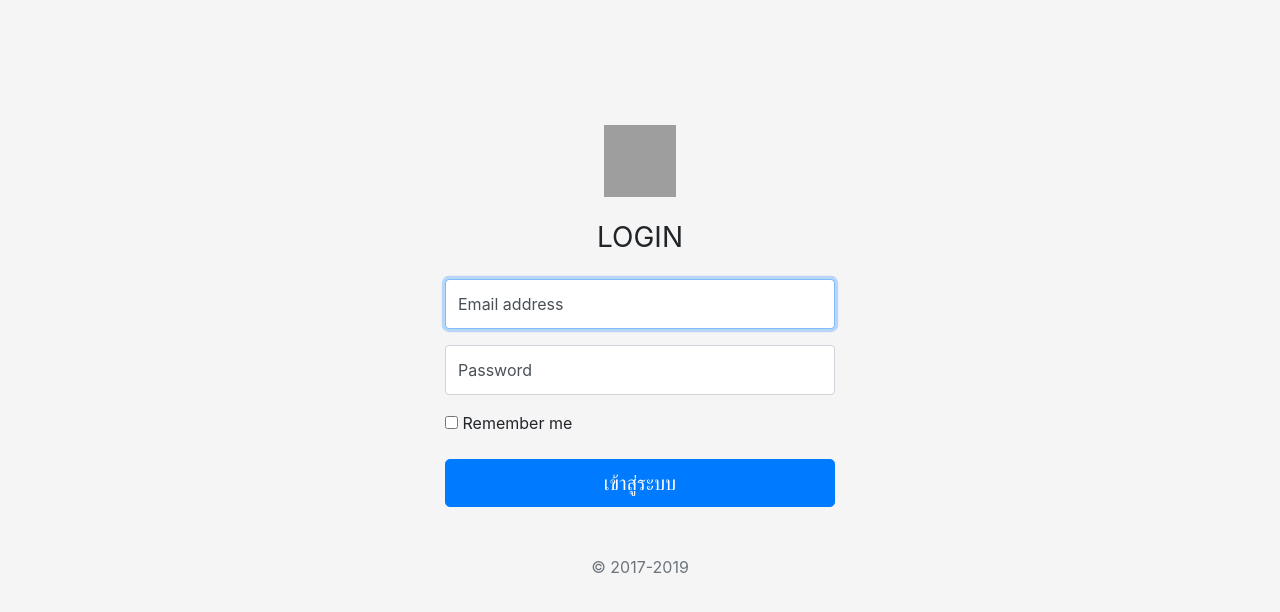
Repository: iamsamitdev/java_class_rd
Page: http://localhost/LoginWithJSP/
An editor plug-in stored every save of this project. The page is shown before and after the next save, followed by the edit.
The browser window is 1280 px wide. The pictures show the whole page.
Pictures or frames that could not be fetched are drawn as grey boxes. The page is served by Tomcat 9.

Above is the page before, as saved 2020-03-11 08:56:37.

After the next save:
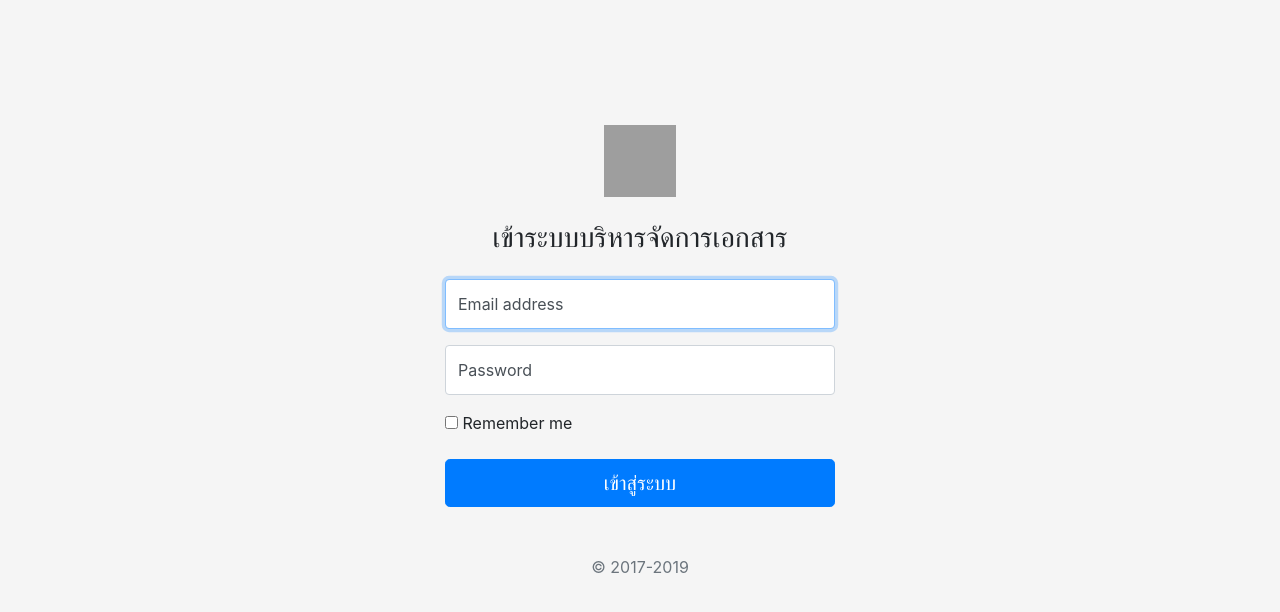
Saved 21 min 20 s later.
--- a/JSP/LoginWithJSP/WebContent/index.jsp
+++ b/JSP/LoginWithJSP/WebContent/index.jsp
@@ -115,7 +115,7 @@ body {
 	<form class="form-signin">
 		<div class="text-center mb-4">
 			<img class="mb-4" src="/docs/4.4/assets/brand/bootstrap-solid.svg"  alt="" width="72" height="72">
-			<h1 class="h3 mb-3 font-weight-normal">LOGIN</h1>
+			<h1 class="h3 mb-3 font-weight-normal">เข้าระบบบริหารจัดการเอกสาร</h1>
 		</div>
 
 		<div class="form-label-group">
